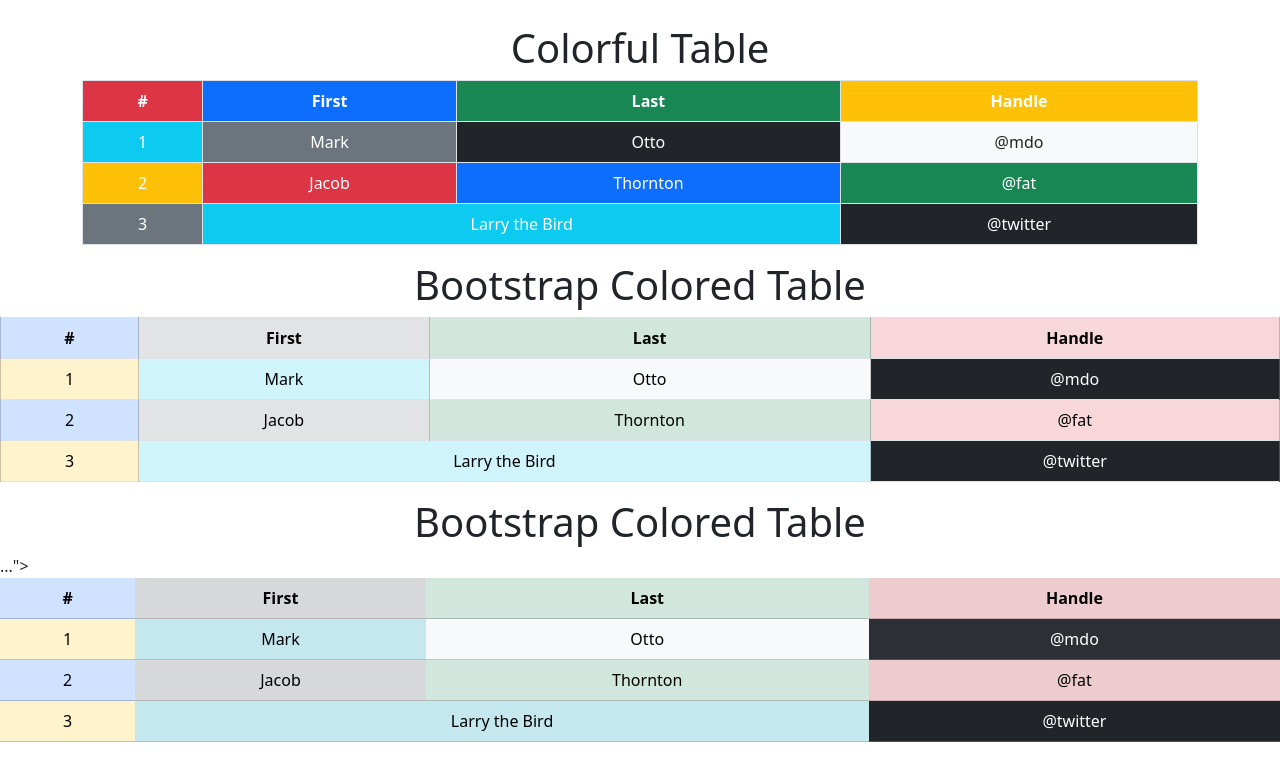
Repository: arunyerram/Web-TEChnologies
Page: BootstrapTables.html
An editor plug-in stored every save of this project. The page is shown before and after the next save, followed by the edit.
The browser window is 1280 px wide. The pictures show the whole page.

Above is the page before, as saved 2025-02-21 12:18:12.

After the next save:
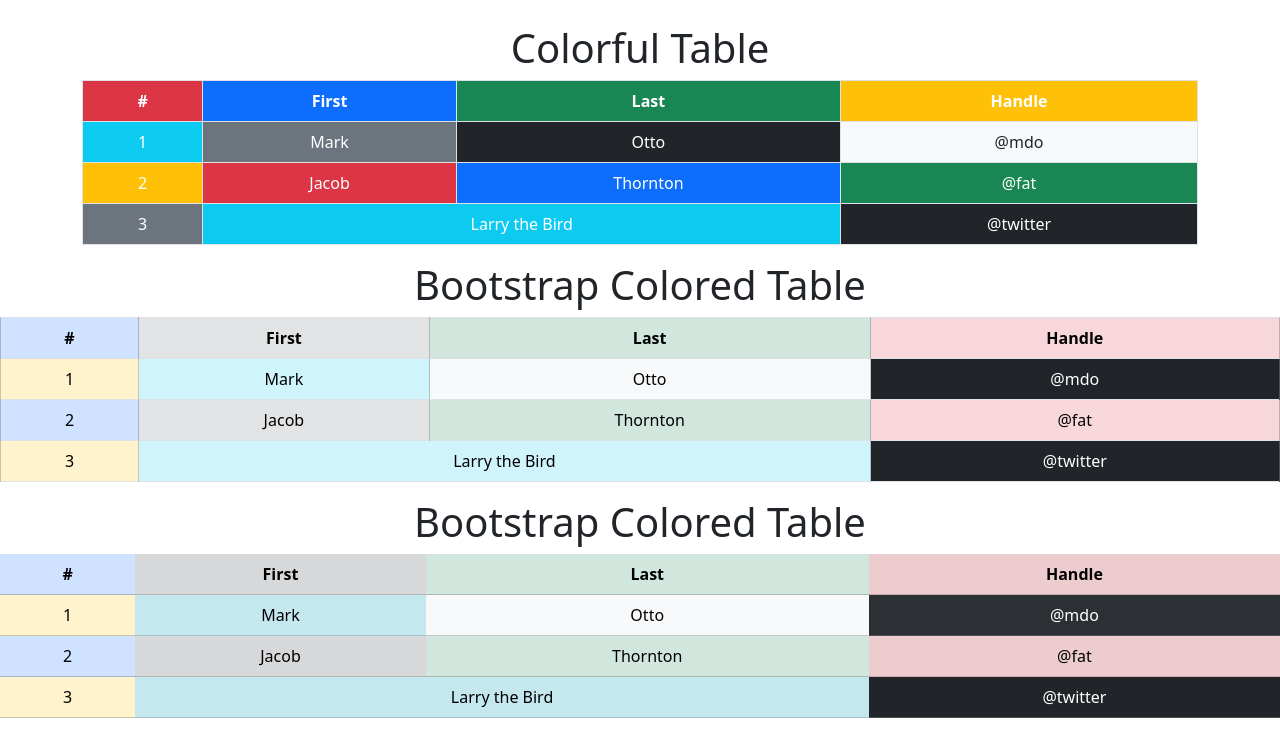
Saved 4 s later.
--- a/BootstrapTables.html
+++ b/BootstrapTables.html
@@ -88,7 +88,6 @@
 
         <h1 class="text-center">Bootstrap Colored Table</h1>
         <table class="table table-dark table-striped-columns">
-  ...">
             <thead>
                 <tr>
                     <th class="table-primary">#</th>
